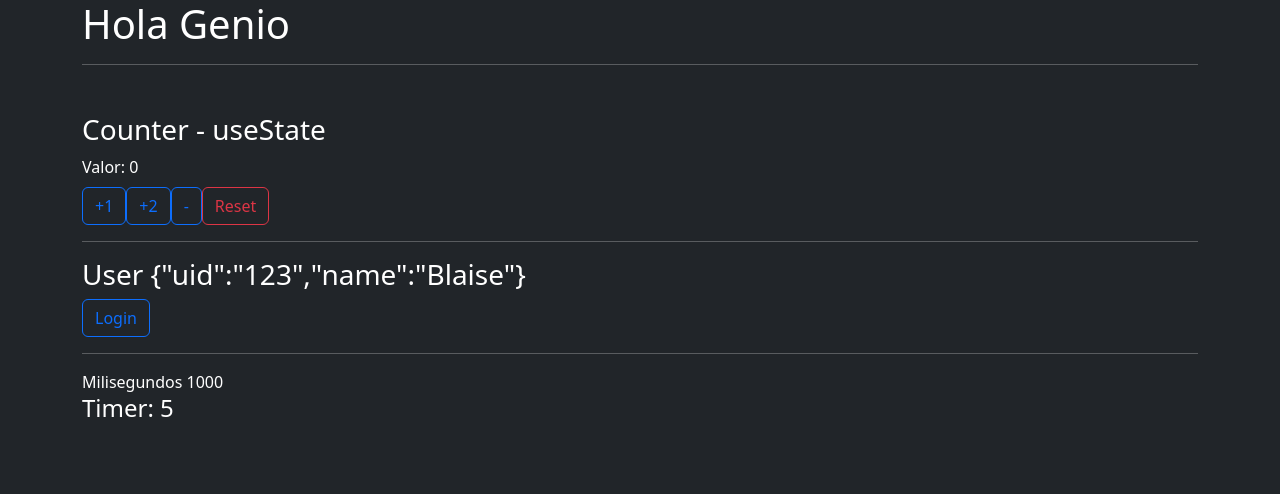
Repository: ChristianGecchelin/Typescript-Course1
Page: /
An editor plug-in stored every save of this project. The page is shown before and after the next save, followed by the edit.
The browser window is 1280 px wide. The pictures show the whole page.
The project was rebuilt for these pictures with package versions that can differ from the ones it lists, and the page was loaded fresh each time.

Above is the page before, as saved 2022-08-16 14:08:19.

### public/index.html
<!DOCTYPE html>
<html lang="en">
  <head>
    <meta charset="utf-8" />
    <link rel="icon" href="%PUBLIC_URL%/favicon.ico" />
    <meta name="viewport" content="width=device-width, initial-scale=1" />
    <meta name="theme-color" content="#000000" />
    <meta
      name="description"
      content="Web site created using create-react-app"
    />
    <link rel="apple-touch-icon" href="%PUBLIC_URL%/logo192.png" />
    <!--
      manifest.json provides metadata used when your web app is installed on a
      user's mobile device or desktop. See https://developers.google.com/web/fundamentals/web-app-manifest/
    -->
    <link rel="manifest" href="%PUBLIC_URL%/manifest.json" />
    <!--
      Notice the use of %PUBLIC_URL% in the tags above.
      It will be replaced with the URL of the `public` folder during the build.
      Only files inside the `public` folder can be referenced from the HTML.

      Unlike "/favicon.ico" or "favicon.ico", "%PUBLIC_URL%/favicon.ico" will
      work correctly both with client-side routing and a non-root public URL.
      Learn how to configure a non-root public URL by running `npm run build`.
    -->
    <!-- CSS only -->
    <link
      href="https://cdn.jsdelivr.net/npm/bootstrap@5.2.0/dist/css/bootstrap.min.css"
      rel="stylesheet"
      integrity="sha384-gH2yIJqKdNHPEq0n4Mqa/HGKIhSkIHeL5AyhkYV8i59U5AR6csBvApHHNl/vI1Bx"
      crossorigin="anonymous"
    />
    <title>React + TS</title>
  </head>
  <body class="container bg-dark text-white">
    <noscript>You need to enable JavaScript to run this app.</noscript>
    <div id="root"></div>
    <!--
      This HTML file is a template.
      If you open it directly in the browser, you will see an empty page.

      You can add webfonts, meta tags, or analytics to this file.
      The build step will place the bundled scripts into the <body> tag.

      To begin the development, run `npm start` or `yarn start`.
      To create a production bundle, use `npm run build` or `yarn build`.
    -->
  </body>
</html>

### src/App.tsx
import { Counter } from "./components/Counter";
import { TimerPadre } from "./components/TimerPadre";
import { Usuario } from "./components/Usuario";

function App() {
  return (
    <>
      <h1>Hola Genio</h1>
      <hr />
      <Counter/>
      <hr />
      <Usuario/>
      <hr />
      <TimerPadre/>
    </>
  );
}

export default App;

### src/components/Counter.tsx
import { useState } from "react";

export const Counter = () => {
  const [counter, setCounter] = useState(0);
  // :void nos indica que la función no regresa nada, sin return
  const incrementar = (numero:number): void => {
    setCounter(counter + numero);
  };
  const decrementar = (): void => {
    setCounter(counter - 1);
  };
  const reset =():void=>{
    setCounter(0)
  }
  return (
    <div className="mt-5">
      <h3>Counter - useState</h3>
      <span>Valor: {counter}</span>
      <br />
      <button className="btn btn-outline-primary mt-2" onClick={()=>incrementar(1)}>
        +1
      </button>
      <button className="btn btn-outline-primary mt-2" onClick={()=>incrementar(2)}>
        +2
      </button>
      <button className="btn btn-outline-primary mt-2" onClick={decrementar}>
        -
      </button>
      <button className="btn btn-outline-danger mt-2" onClick={reset}>Reset</button>
    </div>
  );
};

### src/components/TimerPadre.tsx
import { Timer } from "./Timer"

export const TimerPadre = () => {
  return (
    <>
    <span>Milisegundos {1000}</span>
    <Timer/>
    </>
  )
}

### src/components/Usuario.tsx
import { useState } from "react";

interface User {
    uid:string,
    name:string,
}

export const Usuario = () => {
    // declaro que el state debe cumplir con lo declarado en la interface User
  const [user, setUser] = useState<User>({
    uid:'123',
    name:'Blaise',
  });

  const login = () => {
    setUser({
      uid: "ABC123",
      name: "Christian,",
    });
  };

  return (
    <div>
      <h3>User {JSON.stringify(user)}</h3>
      <button className="btn btn-outline-primary" onClick={login}>Login</button>
    </div>
  );
};

### src/components/Timer.tsx
import { useEffect, useState } from "react";

export const Timer = () => {
  const [segundos, setSegundos] = useState(0);
  useEffect(() => {
    setInterval(() => setSegundos((s) => s + 0.5), 1000);
  }, []);
console.log(segundos)
  return <h4>Timer: {segundos} </h4>;
};

Loaded but not shown: src/index.tsx (common file)

After the next save:
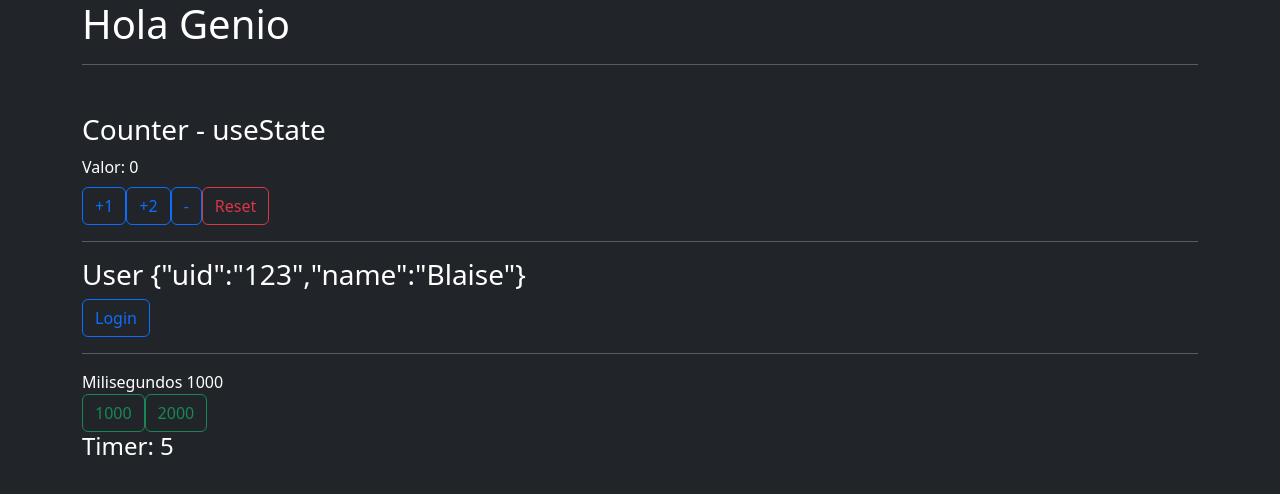
Saved 6 min 16 s later.
--- a/src/components/TimerPadre.tsx
+++ b/src/components/TimerPadre.tsx
@@ -4,6 +4,9 @@ export const TimerPadre = () => {
   return (
     <>
     <span>Milisegundos {1000}</span>
+    <br />
+    <button className="btn btn-outline-success">1000</button>
+    <button className="btn btn-outline-success">2000</button>
     <Timer/>
     </>
   )
